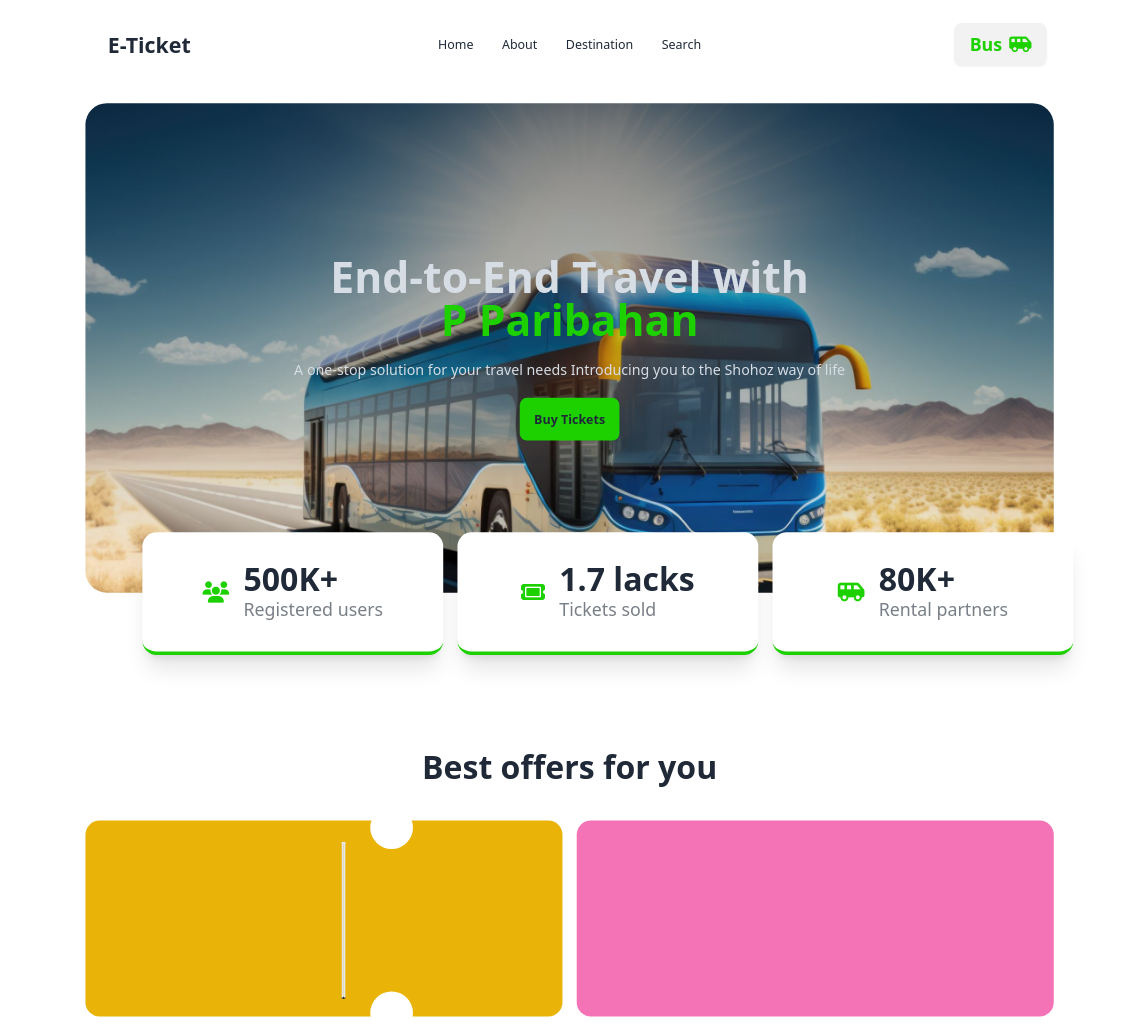
Repository: RudrasahaDibos/Smart-ticketing
Page: index.html
These files come from the project's save history. The page is drawn as it stood at one moment and after a run of saves; the edit follows.
The browser window is 1280 px wide. The pictures show the whole page, at 89% of full size.
Some web fonts or font styles are not loaded; a fallback is used. Some web libraries are served in a nearby version.

Above is the page before, as saved 2024-11-10 01:28:16.

### index.html
<!DOCTYPE html>
<html lang="en">
<head>
    <meta charset="UTF-8">
    <meta name="viewport" content="width=device-width, initial-scale=1.0">
    <title>Smart-ticketing</title>
    <!-- tailwind link -->
<link href="https://cdn.jsdelivr.net/npm/daisyui@4.12.14/dist/full.min.css" rel="stylesheet" type="text/css" />
<script src="https://cdn.tailwindcss.com"></script>
<!-- font awesome link -->
<link rel="stylesheet" href="https://cdnjs.cloudflare.com/ajax/libs/font-awesome/6.6.0/css/all.min.css" integrity="sha512-Kc323vGBEqzTmouAECnVceyQqyqdsSiqLQISBL29aUW4U/M7pSPA/gEUZQqv1cwx4OnYxTxve5UMg5GT6L4JJg==" crossorigin="anonymous" referrerpolicy="no-referrer" />

<!-- google fonts  -->
<link rel="preconnect" href="https://fonts.googleapis.com">
<link rel="preconnect" href="https://fonts.gstatic.com" crossorigin>
<link href="https://fonts.googleapis.com/css2?family=Anton+SC&family=Manrope:wght@200..800&family=Raleway:ital,wght@0,100..900;1,100..900&display=swap" rel="stylesheet">

<style>
.raleway{
  font-family: "Raleway", sans-serif;
}
</style>



</head>
<body>
    <!-- header ends here -->
    <header  class="container mx-auto lg:pl-24 lg:pr-24 lg:pt-4 w-[1400px]">
               <div>
                <!-- navbar starts here -->
                <div class="navbar bg-base-100">
                    <div class="navbar-start">
                      <div class="dropdown">
                        <div tabindex="0" role="button" class="btn btn-ghost lg:hidden">
                          <svg
                            xmlns="http://www.w3.org/2000/svg"
                            class="h-5 w-5"
                            fill="none"
                            viewBox="0 0 24 24"
                            stroke="currentColor">
                            <path
                              stroke-linecap="round"
                              stroke-linejoin="round"
                              stroke-width="2"
                              d="M4 6h16M4 12h8m-8 6h16" />
                          </svg>
                        </div>
                        <ul
                          tabindex="0"
                          class="menu menu-sm dropdown-content bg-base-100 rounded-box z-[1] mt-3 w-52 p-2 shadow">
                          <li><a>Home</a></li>
                          <li><a>About</a></li>
                          <li><a>Destination</a></li>
                          <li><a>Search</a></li>
                        </ul>
                      </div>
                      <a class="btn btn-ghost text-2xl font-extrabold">E-Ticket</a>
                    </div>
                    <div class="navbar-center hidden lg:flex">
                      <ul class="menu menu-horizontal px-1">
                        <li><a>Home</a></li>
                        <li><a>About</a></li>
                        <li><a>Destination</a></li>
                        <li><a>Search</a></li>
                      </ul>
                    </div>
                    <div class="navbar-end">
                      <a class="btn text-[#1DD100]  border-1  text-xl">Bus <i class="fa-solid fa-van-shuttle"></i></a>
                    </div>
                  </div>
               </div>

              <!-- banner start here -->

              <div
              class="hero h-[550px] mt-8 bg-[url('/images/banner.png')] rounded-3xl relative">

              <div class="hero-content text-neutral-content text-center">
                <div class="">
                  <h1 class="mb-5 text-5xl font-extrabold">End-to-End Travel with <br> <span class="text-5xl text-[#1DD100]  font-extrabold">P Paribahan</span></h1>
                  <p class="mb-5">
                    A one-stop solution for your travel needs

                    Introducing you to the Shohoz way of life
                  </p>
                  <button class="btn bg-[#1DD100] border-none">Buy Tickets</button>
                </div>
              </div>
            </div>



                 <!-- banner end here -->

                <!-- 3 card start here  -->

                        <div class=" flex justify-between items-center gap-4 pl-16 pr-16 absolute -bottom-4   ">
                            <div class="stat flex bg-white justify-center items-center shadow-xl  border-b-4 border-b-[#1DD100]  rounded-2xl w-[338px] h-[138px]">
                                <div class="text-[#1DD100] text-2xl font-extrabold ">
                                    <i class="fa-solid fa-users"></i>
                                  </div>

                             <div>
                                <div class="stat-value">500K+</div>
                                <div class="stat-desc text-xl ">Registered users</div>
                             </div>


                            </div>

                            <div class="stat flex bg-white justify-center items-center  border-b-4 border-b-[#1DD100] shadow-xl  rounded-2xl w-[338px] h-[138px]">
                                <div class="text-[#1DD100] text-2xl font-extrabold ">
                                    <i class="fa-solid fa-ticket  "></i>

                                  </div>

                             <div>
                                <div class="stat-value">1.7 lacks</div>
                                <div class="stat-desc text-xl ">Tickets sold</div>
                             </div>


                            </div>

                            <div class="stat flex bg-white justify-center items-center  border-b-4 border-b-[#1DD100] shadow-xl  rounded-2xl w-[338px] h-[138px]">
                                <div class="text-[#1DD100] text-2xl font-extrabold ">
                                    <i class="fa-solid fa-van-shuttle"></i>

                                  </div>

                             <div>
                                <div class="stat-value">80K+</div>
                                <div class="stat-desc text-xl ">Rental partners</div>
                             </div>


                            </div>
                          </div>




                  <!-- 3 card ends here -->

               <!-- navbar Ends here -->
    </header>
    <!-- header ends here -->


     <!-- main start here -->
    <main class="container mx-auto lg:pl-24 lg:pr-24 lg:pt-4 w-[1400px]" >
                  <!-- Best offers for you start here -->
                     <section class="mt-40">
                               <h1 class="text-4xl font-semibold text-center">Best offers for you</h1>

                                <div class="flex gap-4 mt-10">
                                    <div class="bg-yellow-500  w-[573px] h-[220px]  rounded-2xl">
                                               <p class="bg-white w-[48px] h-[48px] absolute mx-auto rounded-full ml-80 -mt-4  "></p>




                                               <p class="bg-white w-[48px] h-[48px] absolute mx-auto rounded-full ml-80 mt-48  "></p>
                                               <p class="border-2 relative w-0 h-44 top-6 ml-72  border-b-gray-950"></p>
                                    </div>
                                    <div class="bg-pink-400   w-[573px] h-[220px] rounded-2xl">

                                    </div>
                                </div>
                     </section>

                  <!-- Best offers for you ends here -->
    </main>
    <!-- main ends here -->



    <!-- js add -->
     <script src="index.js"></script>
</body>
</html>

Loaded but not shown: index.js (common file)

After the next 2 saves:
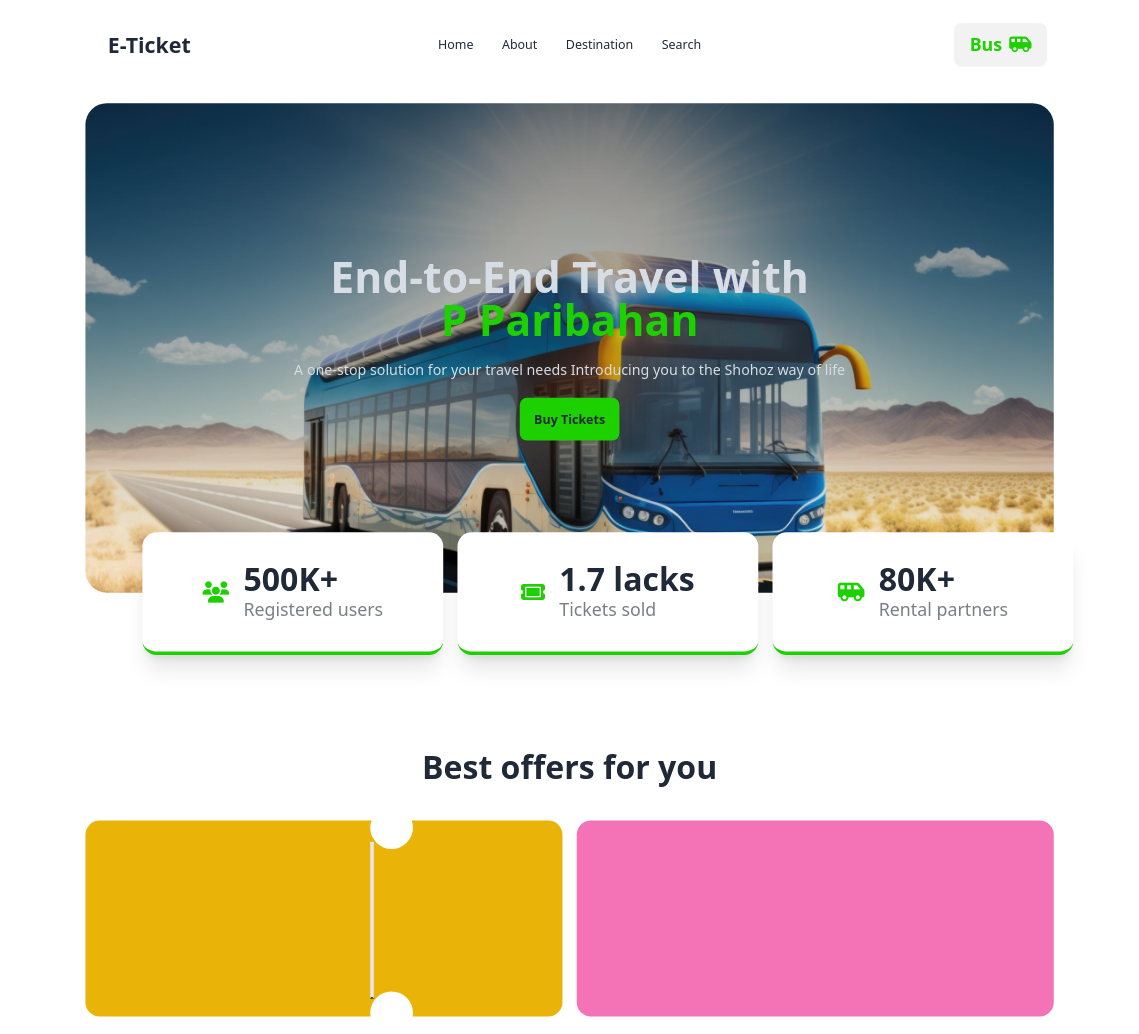
The 2 saves are shown as one change because they came seconds apart.
The last was saved 6 s later.
--- a/index.html
+++ b/index.html
@@ -162,7 +162,7 @@
 
 
                                                <p class="bg-white w-[48px] h-[48px] absolute mx-auto rounded-full ml-80 mt-48  "></p>
-                                               <p class="border-2 relative w-0 h-44 top-6 ml-72  border-b-gray-950"></p>
+                                               <p class="border-2 relative w-0 h-44 top-6 ml-80  border-b-gray-950"></p>
                                     </div>
                                     <div class="bg-pink-400   w-[573px] h-[220px] rounded-2xl">
 
